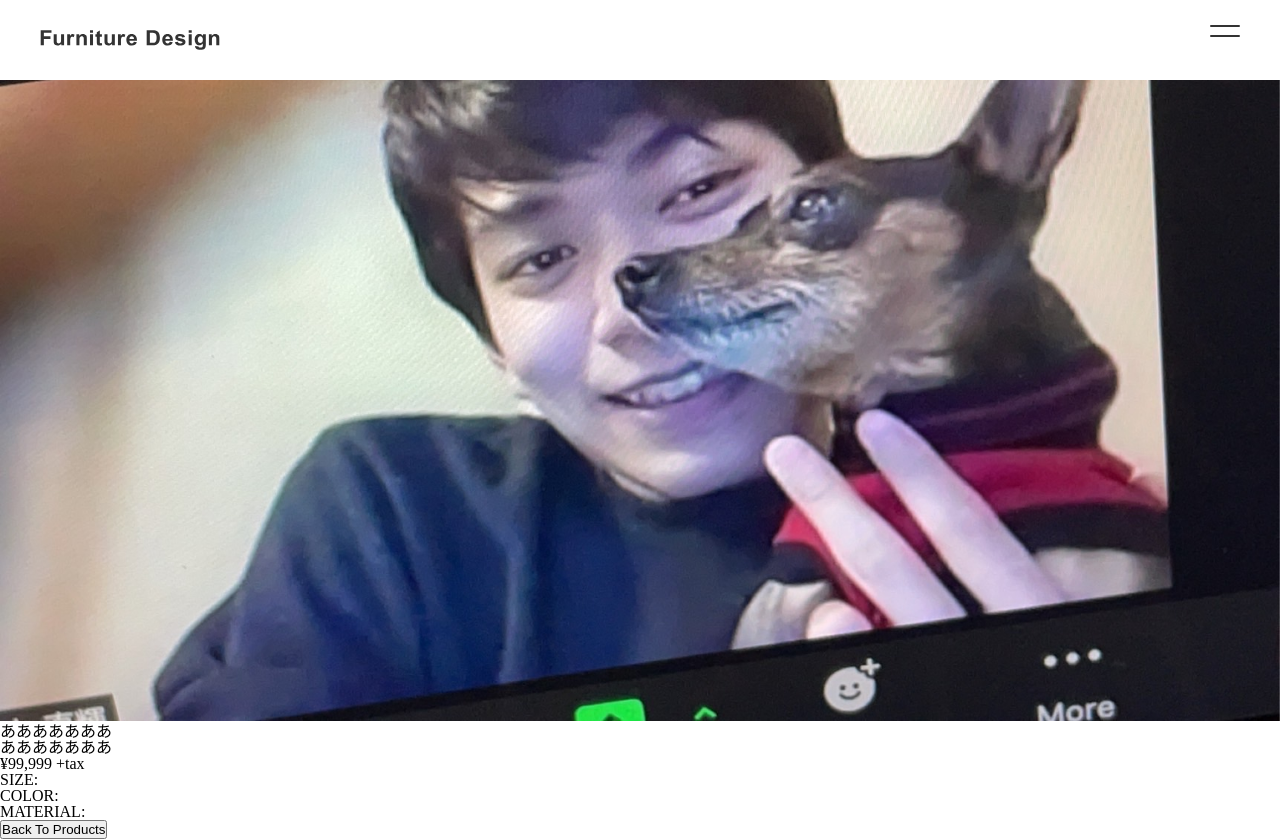
Repository: kohei23n/tenfeet
Page: menbers2/index.html
These files come from the project's save history. The page is drawn as it stood at one moment and after a run of saves; the edit follows.
The browser window is 1280 px wide. The pictures show the whole page.

Above is the page before, as saved 2022-02-08 21:15:55.

### menbers2/index.html
<!DOCTYPE html>
<html lang="en">

<head>
    <meta charset="UTF-8" />
    <meta http-equiv="X-UA-Compatible" content="IE=edge" />
    <meta name="viewport" content="width=device-width, initial-scale=1.0" />
    <link rel="stylesheet" href="menbers2.css" />
    <title>Document</title>
    <link rel="stylesheet" href="../reset.css">
</head>

<body>
    <header id="header" class="wrapper open">
        <h1 class="title">
            <a href="index.html">
                <img src="..\img\logo.svg" alt="Furniture Design" />
            </a>
        </h1>
        <nav id="nav">
            <ul class="nav_menu" style="display: none">
                <li><a href="">PRODUCTS</a></li>
                <li><a href="">ABOUT</a></li>
                <li><a href="">COMPANY</a></li>
                <li><a href="">CONTACT</a></li>
            </ul>
        </nav>
        <div class="button">
            <span></span>
            <span></span>
        </div>
    </header>




    <div id="content2"></div>
    <script src="menbers2.js"></script>
</body>

</html>

### menbers2/menbers2.css
* {
  margin: 0;
  padding: 0;
}

#header {
  width: 100%;
  height: 80px;
  background-color: #fff;
  display: flex;
  align-items: center;
  justify-content: space-between;
  position: fixed;
  left: 0;
  right: 0;
  z-index: 10;
}

.wrapper {
  max-width: 1360px;
  margin: 0 auto;
  padding: 0 40px;
  box-sizing: border-box;
}

h1 {
  display: block;
  font-size: 2em;
  margin-block-start: 0.67em;
  margin-block-end: 0.67em;
  margin-inline-start: 0px;
  margin-inline-end: 0px;
  font-weight: bold;
}

.title a {
  width: 180px;
  line-height: 1px;
  display: block;
}

img {
  max-width: 100%;
}

.open #nav {
  left: 0;
  opacity: 1;
}

#nav {
  position: fixed;
  top: 0;
  width: 300px;
  color: #fff;
  padding: 36px 50px;
  transition: all 0.5s;
  z-index: 20;
}

#nav li {
  margin-bottom: 14px;
  list-style: none;
}

#nav a {
  color: #fff;
  text-decoration: none;
  transition: all 0.5s;
}

.button {
  width: 30px;
  height: 30px;
  position: relative;
  transition: all 0.5s;
  cursor: pointer;
  z-index: 20;
}

.button span:nth-child(1) {
  top: 10px;
}

.button span {
  display: block;
  position: absolute;
  width: 30px;
  height: 2px;
  background-color: #333;
  border-radius: 4px;
  transition: all 0.5s;
}

.member{
    display: block;
    margin-top: 10%;
}

.member_img{
    width: %;
    height: 50%;
}

### reset.css
html, body, div, span, applet, object, iframe,
h1, h2, h3, h4, h5, h6, p, blockquote, pre,
a, abbr, acronym, address, big, cite, code,
del, dfn, em, img, ins, kbd, q, s, samp,
small, strike, strong, sub, sup, tt, var,
b, u, i, center,
dl, dt, dd, ol, ul, li,
fieldset, form, label, legend,
table, caption, tbody, tfoot, thead, tr, th, td,
article, aside, canvas, details, embed,
figure, figcaption, footer, header, hgroup,
menu, nav, output, ruby, section, summary,
time, mark, audio, video {
    margin: 0;
    padding: 0;
    border: 0;
    font-size: 100%;
    font: inherit;
    vertical-align: baseline;
}
/* HTML5 display-role reset for older browsers */
article, aside, details, figcaption, figure,
footer, header, hgroup, menu, nav, section {
    display: block;
}
body {
    line-height: 1;
}
ol, ul {
    list-style: none;
}
blockquote, q {
    quotes: none;
}
blockquote:before, blockquote:after,
q:before, q:after {
    content: '';
    content: none;
}
table {
    border-collapse: collapse;
    border-spacing: 0;
}

### menbers2/menbers2.js
let content = `<h1 class="member_name">プロダクトタイトル</h1>
<section class="section_member">
<img src="../img/9.jpg" alt="" class="member_img">
<div class="member_content">
        <p>あああああああ</p>
        <p>あああああああ</p>
        <p>¥99,999 +tax</p>
        <p>SIZE: </p>
        <p>COLOR: </p>
        <p>MATERIAL:</p>
</div>
</section>
<button class="page_back">Back To Products</button>
`

let content2 = document.getElementById("content2");
content2.insertAdjacentHTML("beforebegin", content);

After the next 2 saves:
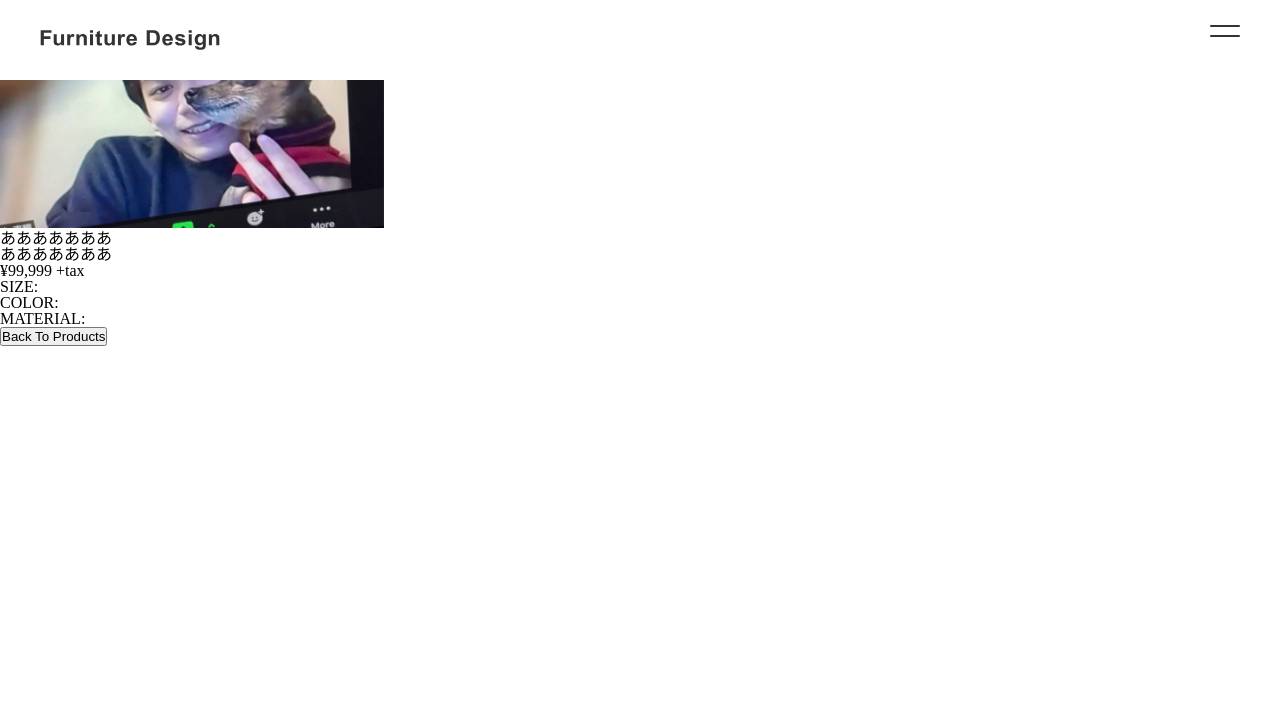
The 2 saves are shown as one change because they came seconds apart.
The last was saved 6 s later.
--- a/menbers2/menbers2.css
+++ b/menbers2/menbers2.css
@@ -98,6 +98,6 @@ img {
 }
 
 .member_img{
-    width: %;
-    height: 50%;
+    width: 30%;
+    height: 30%;
 }
